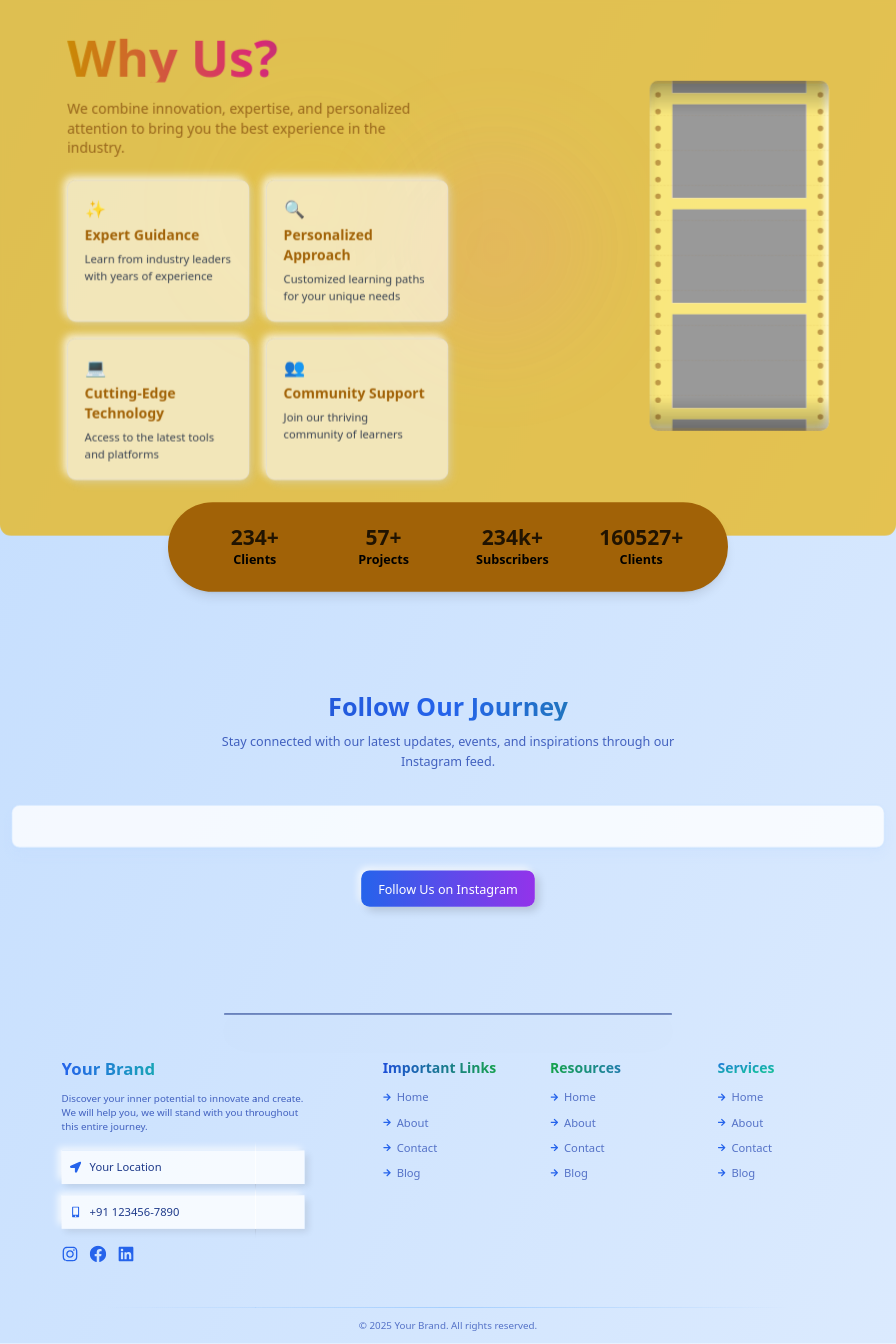
Repository: Kish202/rsacademy
Page: / (app in frontend/)
An editor plug-in stored every save of this project. The page is shown before and after the next save, followed by the edit.
The browser window is 1280 px wide. The pictures show the part of the page from y = 818 to 2738 px (the page is 2738 px tall before and 2706 px after), at 70% of full size.
Pictures or frames that could not be fetched are drawn as grey boxes. The project was rebuilt for these pictures with package versions that can differ from the ones it lists, and the page was loaded fresh each time. Also part of the build but not shown: frontend/vite.config.js, frontend/src/components/ReviewsFeed.jsx.

Above is the page before, as saved 2025-04-27 23:18:49.

### frontend/src/App.jsx
// App.jsx
import React from 'react';
import { ThemeProvider } from './context/ThemeContext';
import Home from './pages/Home';
import { BrowserRouter, Routes, Route } from 'react-router-dom';
import './App.css'
import {useEffect} from 'react';
// Import your page components

import AOS from "aos";
import "aos/dist/aos.css";


function App() {
  useEffect(() => {
    AOS.init({
      offset: 100,
      duration: 800,
      easing: "ease-in-sine",
     once:false,
     mirror:true,
      delay: 100,
    });
    AOS.refresh();
  }, []);
  return (
    <BrowserRouter>
    <ThemeProvider>
      <div className="min-h-screen transition-colors duration-300 bg-gradient-to-br from-blue-200 to-blue-100 dark:from-blue-950 dark:to-blue-900 ">

        <div className="pt-16"> {/* Add padding top to account for fixed navbar */}
          <Routes>
            <Route path="/" element={<Home />} />

          </Routes>
        </div>
      </div>
    </ThemeProvider>
    </BrowserRouter>
  );
}

export default App;

### frontend/src/context/ThemeContext.jsx
// ThemeContext.jsx
import React, { createContext, useContext, useState, useEffect } from 'react';

// Create theme context
const ThemeContext = createContext();

// Theme provider component
export function ThemeProvider({ children }) {
  // Initialize theme state from localStorage or system preference
  const [theme, setTheme] = useState(() => {
    // Check for saved theme in localStorage
    if (typeof window !== 'undefined') {
      const savedTheme = localStorage.getItem('theme');

      // If there's a saved theme, use it
      if (savedTheme) {
        return savedTheme;
      }

      // Otherwise, check system preference
      if (window.matchMedia && window.matchMedia('(prefers-color-scheme: dark)').matches) {
        return 'dark';
      }
    }

    // Default to light if no preference found
    return 'light';
  });

  // Update document class and localStorage when theme changes
  useEffect(() => {
    const root = window.document.documentElement;

    // Remove previous theme class
    root.classList.remove('light', 'dark');

    // Add current theme class
    root.classList.add(theme);

    // Save to localStorage
    localStorage.setItem('theme', theme);
  }, [theme]);

  // Listen for system theme changes
  useEffect(() => {
    if (typeof window !== 'undefined') {
      const mediaQuery = window.matchMedia('(prefers-color-scheme: dark)');

      const handleChange = () => {
        // Only update if theme is based on system preference
        if (!localStorage.getItem('theme')) {
          setTheme(mediaQuery.matches ? 'dark' : 'light');
        }
      };

      // Add event listener
      mediaQuery.addEventListener('change', handleChange);

      // Cleanup
      return () => mediaQuery.removeEventListener('change', handleChange);
    }
  }, []);

  // Theme toggle function
  const toggleTheme = () => {
    setTheme(prevTheme => (prevTheme === 'light' ? 'dark' : 'light'));
  };

  // Provide theme context to children
  return (
    <ThemeContext.Provider value={{ theme, setTheme, toggleTheme }}>
      {children}
    </ThemeContext.Provider>
  );
}

// Custom hook for using theme context
export const useTheme = () => {
  const context = useContext(ThemeContext);
  if (context === undefined) {
    throw new Error('useTheme must be used within a ThemeProvider');
  }
  return context;
};

### frontend/src/pages/Home.jsx
import React from 'react'
import Header from '../components/Header'
import HeroSection from '@/components/Hero'
import TestimonialSection from '@/components/ReviewsFeed'
import WhyUsSection from '@/components/WhyUs'
import Service from '@/components/Service'
import Footer from '@/components/Footer'
import InstagramFeed from '@/components/InstagramFeed'
function Home() {
  return (
    <div className="min-h-screen">

      <Header/>
    <HeroSection/>

    <WhyUsSection/>
    <Service/>
    <InstagramFeed/>


    <Footer/>
    </div>
  )
}

export default Home

### frontend/src/components/Service.jsx
import React, { useState, useEffect, useRef } from 'react';
import CountUp from "react-countup";
import { useTheme } from "@/context/ThemeContext";

const Service = () => {
  const { theme } = useTheme();
  const isDarkMode = theme === 'dark';
  const [isVisible, setIsVisible] = useState(false);
  const sectionRef = useRef(null);

  useEffect(() => {
    const observer = new IntersectionObserver(
      ([entry]) => {
        if (entry.isIntersecting) {
          setIsVisible(true);
          // Once visible, disconnect the observer to prevent re-triggering
          observer.disconnect();
        }
      },
      {
        threshold: 0.2, // Trigger when at least 20% of the element is visible
      }
    );

    if (sectionRef.current) {
      observer.observe(sectionRef.current);
    }

    return () => {
      if (sectionRef.current) {
        observer.disconnect();
      }
    };
  }, []);

  return (
    <section ref={sectionRef} className="container h-12 md:h-32">
      <div className={`grid grid-cols-4 w-full mx-auto -translate-y-12 divde-x divide-blue-700  bg-yellow-600 place-self-center ${isDarkMode ? "bg-blue-950 dark:text-white/70" : "bg-yellow-700"} p-4 shadow-lg md:max-w-[800px] md:p-8 rounded-full`}>
        <div className="flex flex-col items-center justify-center">
          <h1 className={`text-sm font-bold text-black/80 ${isDarkMode ? "text-white" : ""} sm:text-lg md:text-3xl`}>
            {isVisible ? <CountUp end={234} suffix="+" duration={2.75} /> : "0+"}
          </h1>
          <h1 className="sm:text-md font-bold md:text-lg">Clients</h1>
        </div>

        <div className="flex flex-col items-center justify-center">
          <h1 className={`text-sm text-black/80 sm:text-lg md:text-3xl ${isDarkMode ? "text-white" : ""} font-bold`}>
            {isVisible ? <CountUp end={57} suffix="+" duration={2.75} /> : "0+"}
          </h1>
          <h1 className="sm:text-md font-bold md:text-lg">Projects</h1>
        </div>

        <div className="flex flex-col items-center justify-center">
          <h1 className={`text-sm text-black/80 ${isDarkMode ? "text-white" : ""} sm:text-lg md:text-3xl font-bold`}>
            {isVisible ? <CountUp end={234} suffix="k+" duration={2.75} /> : "0k+"}
          </h1>
          <h1 className="font-bold sm:text-md text-xs md:text-lg">Subscribers</h1>
        </div>

        <div className="flex flex-col items-center justify-center">
          <h1 className={`text-sm font-bold text-black/80 ${isDarkMode ? "text-white" : ""} sm:text-lg md:text-3xl`}>
            {isVisible ? <CountUp start={-875.020} end={160527.012} duration={2.75} separator="" suffix="+" /> : "0+"}
          </h1>
          <h1 className="sm:text-md font-bold md:text-lg">Clients</h1>
        </div>
      </div>
    </section>
  );
};

export default Service;

### frontend/src/components/Footer.jsx
import React from "react";
import {
  FaFacebook,
  FaInstagram,
  FaLinkedin,
  FaLocationArrow,
  FaMobileAlt,
  FaArrowRight
} from "react-icons/fa";
import { useTheme } from "../context/ThemeContext";

const FooterLinks = [
  {
    title: "Home",
    link: "/#",
  },
  {
    title: "About",
    link: "/#about",
  },
  {
    title: "Contact",
    link: "/#contact",
  },
  {
    title: "Blog",
    link: "/#blog",
  },
];

function Footer() {
  const { theme } = useTheme();
  const isDarkMode = theme === 'dark';

  return (
    <div className={`mt-14 rounded-t-3xl flex justify-center relative overflow-hidden
      ${isDarkMode
        ? ' text-blue-100'
        : ' text-blue-900'}`}>
      <div className="w-3/6 h-0.5 bg-blue-900 rounded-full absolute drop-shadow-2xl"></div>

      {/* Background Elements */}
      <div className={`absolute top-1/4 left-1/4 w-72 h-72 rounded-full blur-3xl -z-10
        ${isDarkMode ? 'bg-blue-700/5' : 'bg-blue-300/30'}`}></div>
      <div className={`absolute bottom-1/3 right-1/3 w-64 h-64 rounded-full blur-3xl -z-10
        ${isDarkMode ? 'bg-pink-500/5' : 'bg-green-300/20'}`}></div>

      <section className="container" data-aos="fade-up" data-aos-duration="1000">
        <div className="grid md:grid-cols-3 py-8 md:px-10">
          {/* Company Info */}
          <div className="py-8 px-4">
            <h1 className={`text-2xl font-bold sm:text-left text-justify mb-4 flex items-center gap-3 font-satoshi
              ${isDarkMode
                ? 'bg-gradient-to-r from-pink-400 via-yellow-300 to-pink-300 bg-clip-text text-transparent'
                : 'bg-gradient-to-r from-blue-600 via-teal-500 to-green-500 bg-clip-text text-transparent'}`}>
              Your Brand
            </h1>
            <p className={`text-sm ${isDarkMode ? 'text-blue-100/80' : 'text-blue-800/80'}`}>
              Discover your inner potential to innovate and create.
              We will help you, we will stand with you throughout this entire journey.
            </p>
            <br />

            {/* Contact Info with Neuomorphic Cards */}
            <div className={`flex items-center gap-3 p-3 rounded-lg transition-all duration-300
              ${isDarkMode
                ? 'bg-blue-800/50 shadow-[3px_3px_5px_rgba(0,0,0,0.4),-2px_-2px_5px_rgba(70,100,150,0.1)]'
                : 'bg-white/80 shadow-[5px_5px_10px_rgba(0,0,0,0.1),-5px_-5px_10px_rgba(255,255,255,0.8)]'}`}>
              <FaLocationArrow className={isDarkMode ? 'text-blue-400' : 'text-blue-600'} />
              <p>Your Location</p>
            </div>

            <div className={`flex items-center gap-3 mt-4 p-3 rounded-lg transition-all duration-300
              ${isDarkMode
                ? 'bg-blue-800/50 shadow-[3px_3px_5px_rgba(0,0,0,0.4),-2px_-2px_5px_rgba(70,100,150,0.1)]'
                : 'bg-white/80 shadow-[5px_5px_10px_rgba(0,0,0,0.1),-5px_-5px_10px_rgba(255,255,255,0.8)]'}`}>
              <FaMobileAlt className={isDarkMode ? 'text-blue-400' : 'text-blue-600'} />
              <p>+91 123456-7890</p>
            </div>

            {/* Social Media Icons */}
            <div className="flex items-center gap-4 mt-6">
              <a
                href="#"
                className={`text-2xl transition-all duration-300 transform hover:scale-110
                  ${isDarkMode
                    ? 'text-pink-400 hover:text-pink-300'
                    : 'text-blue-600 hover:text-blue-500'}`}>
                <FaInstagram />
              </a>

              <a
                href="#"
                className={`text-2xl transition-all duration-300 transform hover:scale-110
                  ${isDarkMode
                    ? 'text-blue-400 hover:text-blue-300'
                    : 'text-blue-600 hover:text-blue-500'}`}>
                <FaFacebook />
              </a>

              <a
                href="#"
                className={`text-2xl transition-all duration-300 transform hover:scale-110
                  ${isDarkMode
                    ? 'text-blue-400 hover:text-blue-300'
                    : 'text-blue-600 hover:text-blue-500'}`}>
                <FaLinkedin />
              </a>
            </div>
          </div>

          {/* Links Sections */}
          <div className="grid grid-cols-3 sm:grid-cols-3 col-span-2 sm:pl-10">
            {/* Important Links Column */}
            <div className="md:pl-10">
              <div className="py-8 px-4">
                <h1 className={`text-xl font-bold sm:text-left text-justify mb-4 font-satoshi
                  ${isDarkMode
                    ? 'bg-gradient-to-r from-pink-400 to-yellow-300 bg-clip-text text-transparent'
                    : 'bg-gradient-to-r from-blue-700 to-green-600 bg-clip-text text-transparent'}`}>
                  Important Links
                </h1>
                <ul className="flex flex-col gap-3">
                  {FooterLinks.map((link, index) => (
                    <li key={index} className="transition-all duration-300 group">
                      <a
                        href={link.link}
                        className="flex items-center gap-2">
                        <FaArrowRight
                          className={`text-xs transition-all duration-300
                          ${isDarkMode ? 'text-blue-400 hover:text-yellow-300 group-hover:translate-x-1' : 'text-blue-600 hover:text-green-600 hover:translate-x-1 hover:rotate-90'}`}
                        />
                        <span
                          className={`transition-all duration-300
                          ${isDarkMode ? 'text-blue-100/70 hover:text-yellow-300 group-hover:translate-x-1' : 'text-blue-800/70 hover:text-green-600 hover:translate-x-1'}`}>
                          {link.title}
                        </span>
                      </a>
                    </li>
                  ))}
                </ul>
              </div>
            </div>

            {/* Links Column */}
            <div className="md:pl-10">
              <div className="py-8 px-4">
                <h1 className={`text-xl font-bold sm:text-left text-justify mb-4 font-satoshi
                  ${isDarkMode
                    ? 'bg-gradient-to-r from-yellow-300 to-pink-400 bg-clip-text text-transparent'
                    : 'bg-gradient-to-r from-green-600 to-blue-600 bg-clip-text text-transparent'}`}>
                  Resources
                </h1>
                <ul className="flex flex-col gap-3">
                  {FooterLinks.map((link, index) => (
                    <li key={index} className="transition-all duration-300 group">
                      <a
                        href={link.link}
                        className="flex items-center gap-2">
                        <FaArrowRight
                          className={`text-xs transition-all duration-300
                          ${isDarkMode ? 'text-blue-400 hover:text-yellow-300 group-hover:translate-x-1 ' : 'text-blue-600 hover:text-green-600 hover:translate-x-1 hover:rotate-90'}`}
                        />
                        <span
                          className={`transition-all duration-300
                          ${isDarkMode ? 'text-blue-100/70 hover:text-yellow-300 group-hover:translate-x-1' : 'text-blue-800/70 hover:text-green-600 hover:translate-x-1'}`}>
                          {link.title}
                        </span>
                      </a>
                    </li>
                  ))}
                </ul>
              </div>
            </div>

            {/* Location Column */}
            <div className="md:pl-10">
              <div className="py-8 px-4">
                <h1 className={`text-xl font-bold sm:text-left text-justify mb-4 font-satoshi
                  ${isDarkMode
                    ? 'bg-gradient-to-br from-yellow-300 via-pink-400 to-yellow-200 bg-clip-text text-transparent'
                    : 'bg-gradient-to-br from-blue-600 via-teal-500 to-green-500 bg-clip-text text-transparent'}`}>
                  Services
                </h1>
                <ul className="flex flex-col gap-3">
                  {FooterLinks.map((link, index) => (
                    <li key={index} className="transition-all duration-300 group">
                      <a
                        href={link.link}
                        className="flex items-center gap-2">
                        <FaArrowRight
                          className={`text-xs transition-all duration-300
                          ${isDarkMode ? 'text-blue-400 hover:text-yellow-300 group-hover:translate-x-1 ' : 'text-blue-600 hover:text-green-600 hover:translate-x-1 hover:rotate-90'}`}
                        />
                        <span
                          className={`transition-all duration-300
                          ${isDarkMode ? 'text-blue-100/70 hover:text-yellow-300 group-hover:translate-x-1' : 'text-blue-800/70 hover:text-green-600 hover:translate-x-1'}`}>
                          {link.title}
                        </span>
                      </a>
                    </li>
                  ))}
                </ul>
              </div>
            </div>
          </div>
        </div>

        {/* Copyright Section with Neuomorphic Divider */}
        <div className={`text-center py-4 relative
          ${isDarkMode ? 'text-blue-100/70' : 'text-blue-800/70'}`}>
          <div className={`absolute left-1/2 transform -translate-x-1/2 top-0 h-px w-4/5
            ${isDarkMode
              ? 'bg-gradient-to-r from-transparent via-blue-500/20 to-transparent'
              : 'bg-gradient-to-r from-transparent via-blue-300 to-transparent'}`}>
          </div>
          <p className="text-sm font-satoshi">
            © {new Date().getFullYear()} Your Brand. All rights reserved.
          </p>
        </div>
      </section>
    </div>
  );
}

export default Footer;

### frontend/src/components/ui/card.jsx
import * as React from "react"

import { cn } from "@/lib/utils"

const Card = React.forwardRef(({ className, ...props }, ref) => (
  <div
    ref={ref}
    className={cn("rounded-xl border bg-card text-card-foreground shadow", className)}
    {...props} />
))
Card.displayName = "Card"

const CardHeader = React.forwardRef(({ className, ...props }, ref) => (
  <div
    ref={ref}
    className={cn("flex flex-col space-y-1.5 p-6", className)}
    {...props} />
))
CardHeader.displayName = "CardHeader"

const CardTitle = React.forwardRef(({ className, ...props }, ref) => (
  <div
    ref={ref}
    className={cn("font-semibold leading-none tracking-tight", className)}
    {...props} />
))
CardTitle.displayName = "CardTitle"

const CardDescription = React.forwardRef(({ className, ...props }, ref) => (
  <div
    ref={ref}
    className={cn("text-sm text-muted-foreground", className)}
    {...props} />
))
CardDescription.displayName = "CardDescription"

const CardContent = React.forwardRef(({ className, ...props }, ref) => (
  <div ref={ref} className={cn("p-6 pt-0", className)} {...props} />
))
CardContent.displayName = "CardContent"

const CardFooter = React.forwardRef(({ className, ...props }, ref) => (
  <div
    ref={ref}
    className={cn("flex items-center p-6 pt-0", className)}
    {...props} />
))
CardFooter.displayName = "CardFooter"

export { Card, CardHeader, CardFooter, CardTitle, CardDescription, CardContent }

Loaded but not shown: frontend/index.html (common file); frontend/src/main.jsx (common file); frontend/src/index.css (common file); frontend/src/App.css (common file); frontend/src/lib/utils.js (common file); frontend/tailwind.config.js (114 lines, source omitted); frontend/src/components/WhyUs.jsx (250 lines, source omitted); frontend/src/components/Header.jsx (157 lines, source omitted); frontend/src/components/Hero.jsx (127 lines, source omitted); frontend/src/components/InstagramFeed.jsx (81 lines, source omitted)

After the next save:
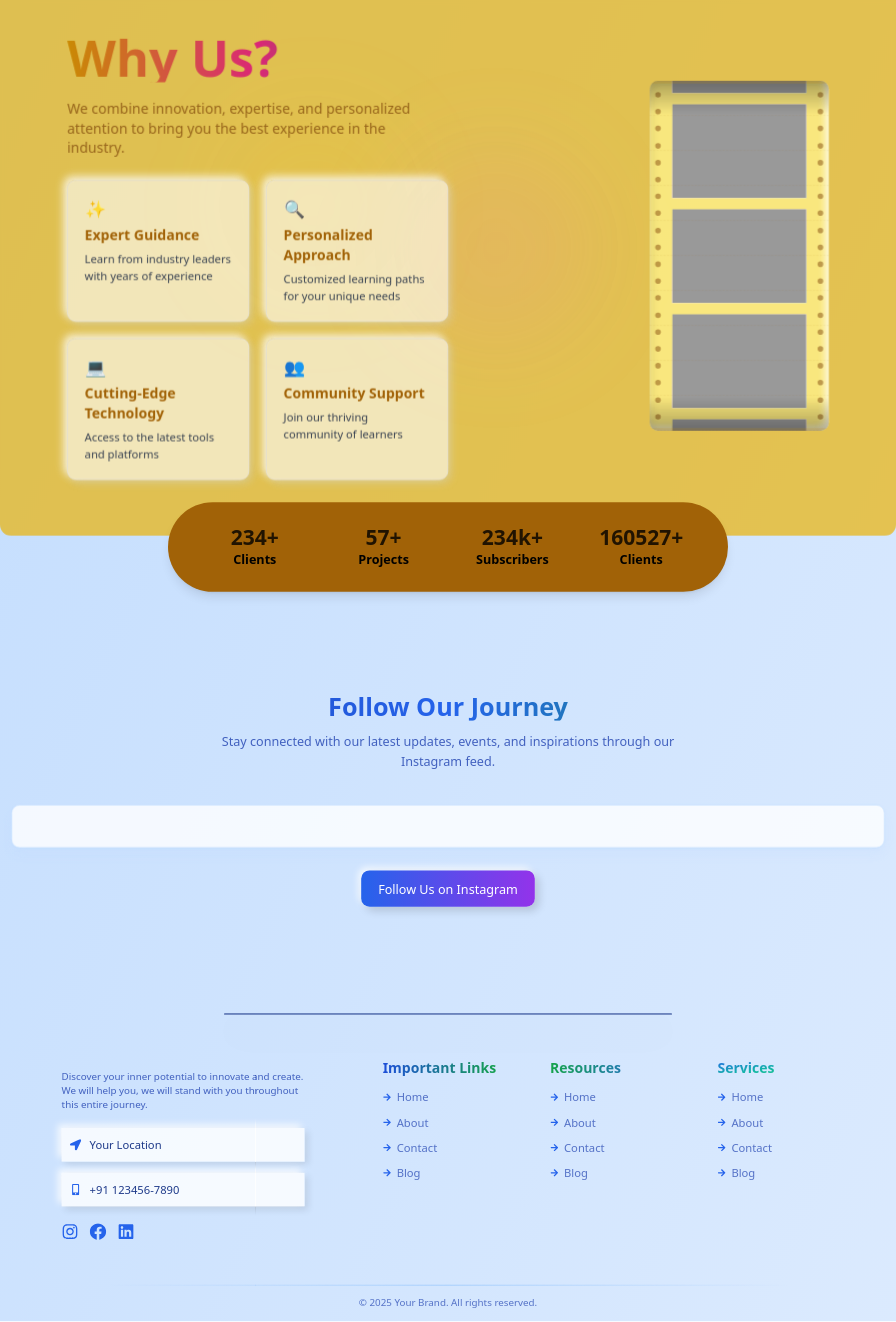
Saved 30 s later.
--- a/frontend/src/components/Footer.jsx
+++ b/frontend/src/components/Footer.jsx
@@ -53,7 +53,7 @@
               ${isDarkMode
                 ? 'bg-gradient-to-r from-pink-400 via-yellow-300 to-pink-300 bg-clip-text text-transparent'
                 : 'bg-gradient-to-r from-blue-600 via-teal-500 to-green-500 bg-clip-text text-transparent'}`}>
-              Your Brand
+
             </h1>
             <p className={`text-sm ${isDarkMode ? 'text-blue-100/80' : 'text-blue-800/80'}`}>
               Discover your inner potential to innovate and create.

After the save that followed:
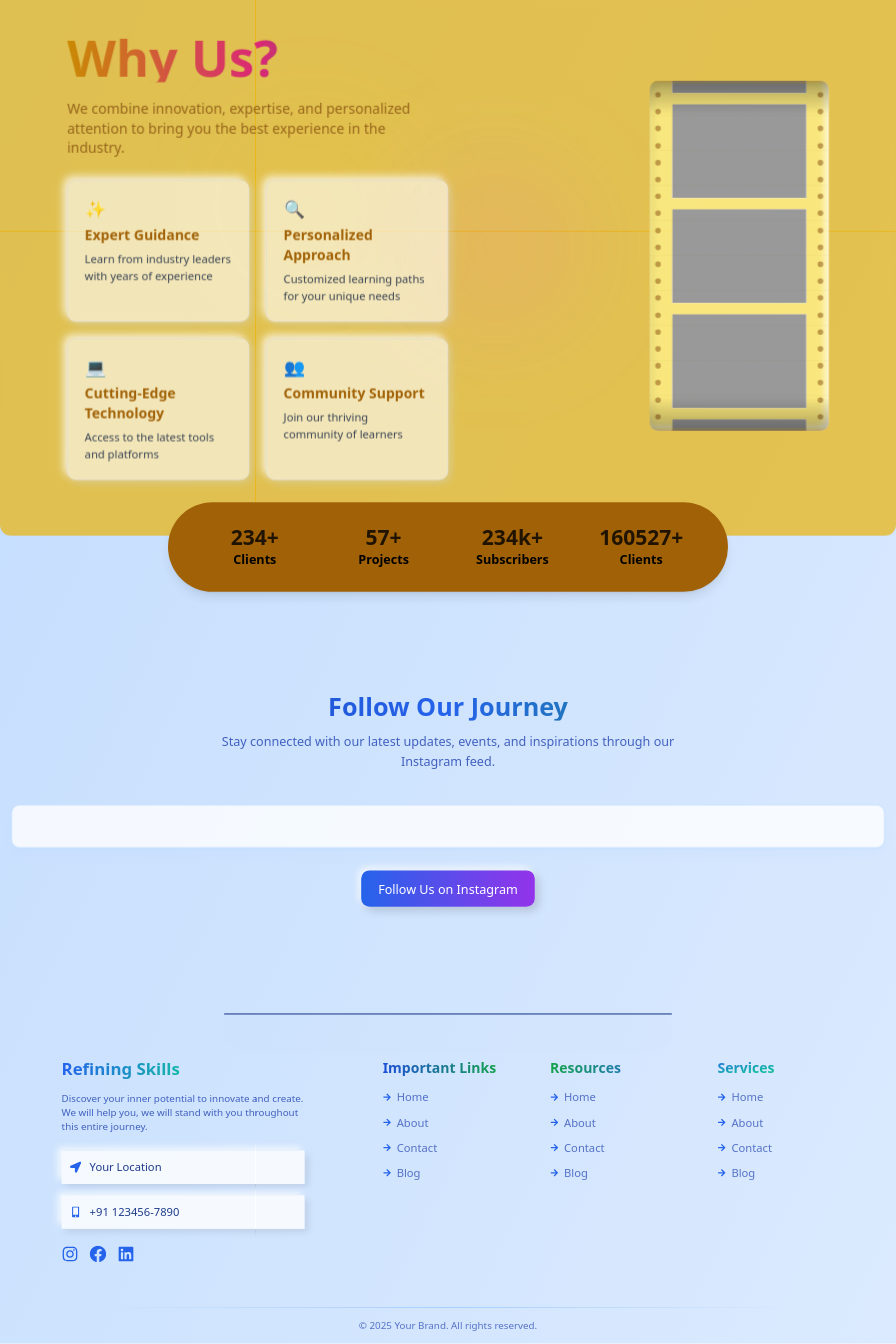
Saved 7 s later.
--- a/frontend/src/components/Footer.jsx
+++ b/frontend/src/components/Footer.jsx
@@ -53,7 +53,7 @@
               ${isDarkMode
                 ? 'bg-gradient-to-r from-pink-400 via-yellow-300 to-pink-300 bg-clip-text text-transparent'
                 : 'bg-gradient-to-r from-blue-600 via-teal-500 to-green-500 bg-clip-text text-transparent'}`}>
-
+             Refining Skills
             </h1>
             <p className={`text-sm ${isDarkMode ? 'text-blue-100/80' : 'text-blue-800/80'}`}>
               Discover your inner potential to innovate and create.
